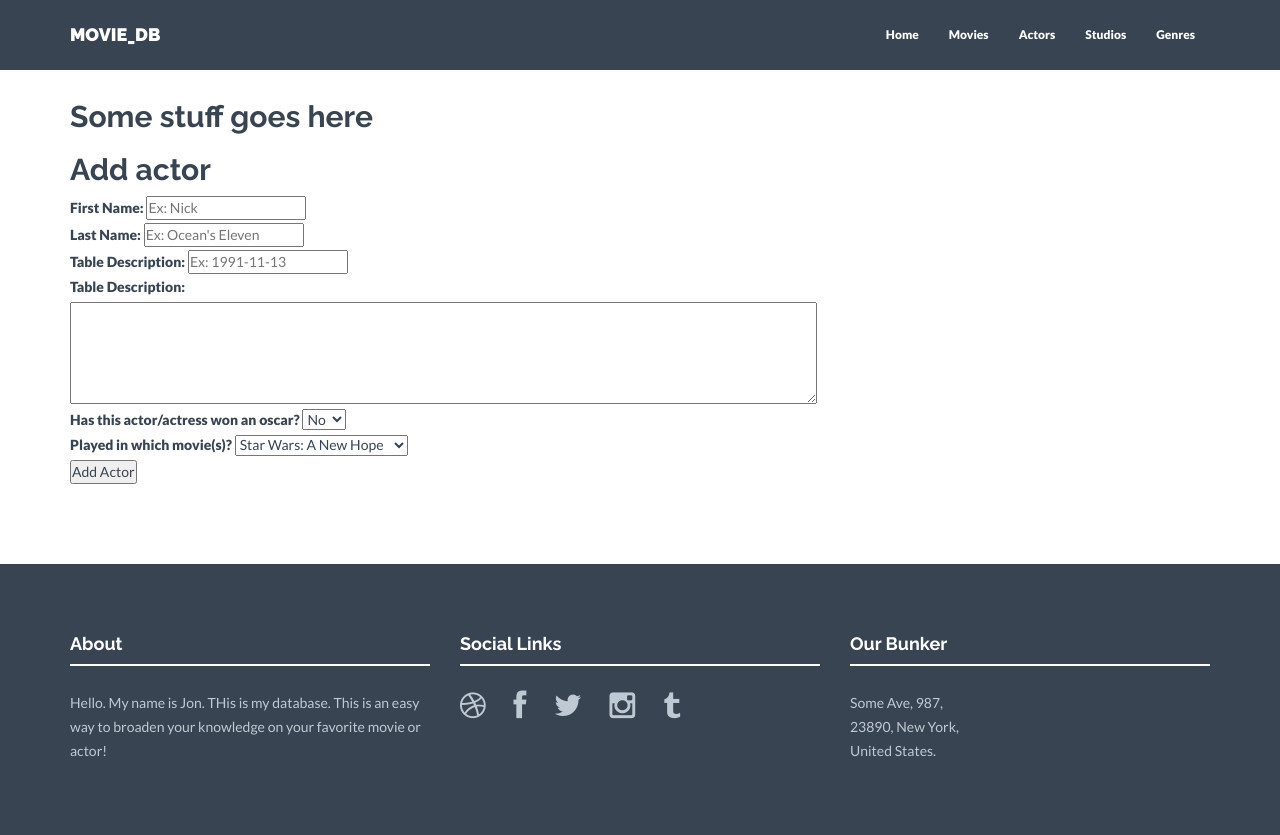
Repository: jonak91/Buzzerd-index
Page: http://localhost/add_actor.php
The author's editor kept a record of every edit. The page is drawn from the files as they stood at one moment, then again after the next edit.
The browser window is 1280 px wide. The pictures show the whole page.
Some web libraries are served in a nearby version. The page is run by PHP 8.4 with error messages shown; the project is at /var/www/html/. The database holds what the project's SQL file puts in it.

Above is the page before.
Not found: assets/js/modernizr.js

### add_actor.php
<?php require_once( 'incl/functions.php' ); ?>
<?php require_once( 'incl/header.php' ); ?>

 <div class="container mtb">
	 	<div class="row">

	 		<?php
			  if(isset($_POST['submit'])){
					add_actor($_POST);
				}
		?>

	 		<! -- MAIN CONTENAT AREA -->
	 		<div class="col-lg-8">
		 			<h2>Some stuff goes here</h2>
						<h2>Add actor</h2>
						<form method="post" name="add_actor">
								<div>
									<label for="first_name">First Name:</label> <input type="text" name="first_name" placeholder="Ex: Nick" />
								</div>
								<div>
									<label for="last_name">Last Name:</label> <input type="text" name="last_name" placeholder="Ex: Ocean's Eleven" />
								</div>
								<div>
									<label for="dob">Table Description:</label> <input type="text" name="dob" placeholder="Ex: 1991-11-13" />
								</div>
								<div>
									<label for="bio">Table Description:</label> <textarea name="bio" rows="5" cols="100"></textarea>
								</div>
								<div>
								<label for="won_oscar"> Has this actor/actress won an oscar?</label>
									<select name="won_oscar">
										<option value="0">No</option>
										<option value="1">Yes</option>
									</select>
							</div>
							<div>
							<label for="movieID"> Played in which movie(s)?</label>
									<select name="movieID">
										<?php
										$movies = get_movies();
										foreach($movies as $movie){ ?>
										<option value="<?php echo $movie['mID']; ?>"><?php echo $movie['title']; ?></option>
										<?php } ?>
									</select>
							</div>
							<input type="submit" name="submit" value="Add Actor" />
						</form>


			</div><! --/ MAIN CONTENT AREA -->
	 	</div><! --/row -->
	 </div><! --/container -->

<?php require_once( 'incl/footer.php' ); ?>

### incl/functions.php
<?php
require_once('database.php');

$host= '127.0.0.1';
$u= 'jonak91';
$p = '';
$d= 'movies';

global $db;
$db= new Database($d, $u, $p, $host);

function get_movies(){
	$db = $GLOBALS['db'];
	$results = $db->query("SELECT * FROM movies"); //updated
	return $db->resToArray($results);
}

function get_actors(){
	$db= $GLOBALS['db'];
	$results = $db->query("SELECT * FROM actors ORDER BY 'first_name'"); //updated
	return $db->resToArray($results);
}

function get_studios(){
	$db= $GLOBALS['db'];
	$results = $db->query("SELECT * FROM studio"); //updated
	return $db->resToArray($results);
}

function get_genres(){
	$db= $GLOBALS['db'];
	$results = $db->query("SELECT * FROM genre"); //updated
	return $db->resToArray($results);
}

function get_movie($mID){
	$db= $GLOBALS['db'];
	$query= "SELECT * FROM movies WHERE mID = '$mID'"; //updated
	return $db->get_row($query);
}

function get_actor($aID){
	$db= $GLOBALS['db'];
	$query= "SELECT * FROM actors WHERE aID = '$aID'"; //updated
	return $db->get_row($query);
}

function get_studio($sID){
	$db= $GLOBALS['db'];
	$query= "SELECT * FROM studio WHERE sID = '$sID'"; //updated
	return $db->get_row($query);
}

function get_genre($gID){
	$db= $GLOBALS['db'];
	$query= "SELECT * FROM genre WHERE gID = '$gID'"; //updated
	return $db->get_row($query);
}

function get_moviesfromstudio($id){  //works
	$db= $GLOBALS['db'];
	$results= $db->query("SELECT * FROM movies JOIN studio ON movies.studioID = studio.sID WHERE studio.sID = '$id'");
	return $db->resToArray($results);
}






















function add_movie($info){
	$db= $GLOBALS['db'];
	extract($info);
	$submitted= $db->query("INSERT INTO movies VALUES('', '$title', '$year_released', '$synopsis', '$was_novel', '$studioID', CURRENT_TIMESTAMP)");

	if($submitted){
		print "<h3>$title submitted!</h3>";
	}
}

function add_actor($info){
	$db= $GLOBALS['db'];
	extract($info);
	$submitted= $db->query("INSERT INTO actors VALUES('', '$first_name', '$last_name', '$dob', '$bio', '$won_oscar', CURRENT_TIMESTAMP)");

	if($submitted){
		print "<h3>$first_name $last_name submitted!</h3>";
	}
}

function add_genre($info){
	$db= $GLOBALS['db'];
	extract($info);
	$submitted= $db->query("INSERT INTO movie_genre VALUES('', '$mgID', '$movieID', '$genreID', CURRENT_TIMESTAMP)");

	if($submitted){
		print "<h3>$title submitted!</h3>";
	}
}

function add_studio($info){
	$db= $GLOBALS['db'];
	extract($info);
	$submitted= $db->query("INSERT INTO studio VALUES('', '$sID', '$name', '$city', '$state', '$zip', CURRENT_TIMESTAMP)");

	if($submitted){
		print "<h3>$title submitted!</h3>";
	}
}

function print_array( $a ) {
?>
  <pre>
  <?php var_dump( $a ); ?>
  </pre>
<?php
}
?>

### incl/database.php
<?php
class Database{
        var $dbName;
        var $user;
        var $password;
        var $host;
        var $lastID;
        var $dbConn;

        //constructor
        function __construct($db, $u, $p, $h){
                $this->dbName= $db;
                $this->user= $u;
                $this->password= $p;
                $this->host= $h;

                //metadata to get entire table list?
        }

        //any query
        function query($query){
                        $this->dbConn= new mysqli($this->host, $this->user, $this->password, $this->dbName);
                        if($this->dbConn->connect_errno > 0){
                                die('Unable to connect to database [' . $dbh->connect_error . ']');
                        }

                        $result= $this->dbConn->query($query) or die('There was an error running the query [' . $this->dbConn->error . ']');
                        $this->lastID= $this->dbConn->insert_id;
                        $this->dbConn->close();

                        return $result;
        }

        function resToArray($res){
                $data= array();
                while($info= mysqli_fetch_assoc($res)){
                        $data[]= $info;
                }

                return $data;
        }

        function get_column($query){

                $res= $this->query($query);

                $data= array();

                while($info= mysqli_fetch_assoc($res)){
                        $key= array_keys($info);
                        $key= $key[0];
                        $data[]= $info[$key];
                }

                return $data;
        }

        function get_row($query){
                $res= $this->query($query);
                $res= $this->resToArray($res);

            return ($res == false) ? $res : $res[0];
        }

        function get_var($query){
                $res= $this->query($query);

                $info= mysqli_fetch_array($res);

                return $info[0];
        }


        function get_mysql_timestamp(){
                return date('Y-m-d H:i:s', time());
        }

        function print_array( $a ) {
        ?>
          <pre>
          <?php var_dump( $a ); ?>
          </pre>
        <?php
        }


        function clean_array($info){
                foreach($info as $key => $val){
                        $info["$key"]= $this->clean($val);
                }

                return $info;
        }


        function clean($a){
                $this->dbConn= new mysqli($this->host, $this->user, $this->password, $this->dbName);
                $a= $this->dbConn->real_escape_string($a);
                $this->dbConn->close();

                return $a;
        }

}


?>

### incl/header.php
<!DOCTYPE html>
<html lang="en">
  <head>
    <meta charset="utf-8">
    <meta http-equiv="X-UA-Compatible" content="IE=edge">
    <meta name="viewport" content="width=device-width, initial-scale=1">
    <meta name="description" content="">
    <meta name="author" content="">
    <link rel="shortcut icon" href="assets/ico/favicon.ico">

    <title>SOLID - Bootstrap 3 Theme</title>

    <!-- Bootstrap core CSS -->
    <link href="assets/css/bootstrap.css" rel="stylesheet">

    <!-- Custom styles for this template -->
    <link href="assets/css/style.css" rel="stylesheet">
    <link href="assets/css/font-awesome.min.css" rel="stylesheet">


    <!-- Just for debugging purposes. Don't actually copy this line! -->
    <!--[if lt IE 9]><script src="../../assets/js/ie8-responsive-file-warning.js"></script><![endif]-->

    <!-- HTML5 shim and Respond.js IE8 support of HTML5 elements and media queries -->
    <!--[if lt IE 9]>
      <script src="https://oss.maxcdn.com/libs/html5shiv/3.7.0/html5shiv.js"></script>
      <script src="https://oss.maxcdn.com/libs/respond.js/1.4.2/respond.min.js"></script>
    <![endif]-->

    <script src="assets/js/modernizr.js"></script>
  </head>

  <body>

    <!-- Fixed navbar -->
    <div class="navbar navbar-default navbar-fixed-top" role="navigation">
      <div class="container">
        <div class="navbar-header">
          <button type="button" class="navbar-toggle" data-toggle="collapse" data-target=".navbar-collapse">
            <span class="sr-only">Toggle navigation</span>
            <span class="icon-bar"></span>
            <span class="icon-bar"></span>
            <span class="icon-bar"></span>
          </button>
          <a class="navbar-brand" href="index.php">MOVIE_DB</a>
        </div>
        <div class="navbar-collapse collapse navbar-right">
          <ul class="nav navbar-nav">
            <li><a href="index.php">Home</a></li>
            <li><a href="movies.php">Movies</a></li>
            <li><a href="actors.php">Actors</a></li>
            <li><a href="studios.php">Studios</a></li>
            <li><a href="genres.php">Genres</a></li>
          </ul>
        </div><!--/.nav-collapse -->
      </div>
    </div>

### incl/footer.php


	<!-- *****************************************************************************************************************
	 FOOTER
	 ***************************************************************************************************************** -->
	 <div id="footerwrap">
	 	<div class="container">
		 	<div class="row">
		 		<div class="col-lg-4">
		 			<h4>About</h4>
		 			<div class="hline-w"></div>
		 			<p>Hello. My name is Jon. THis is my database. This is an easy way to broaden your knowledge on your favorite movie or actor!</p>
		 		</div>
		 		<div class="col-lg-4">
		 			<h4>Social Links</h4>
		 			<div class="hline-w"></div>
		 			<p>
		 				<a href="#"><i class="fa fa-dribbble"></i></a>
		 				<a href="#"><i class="fa fa-facebook"></i></a>
		 				<a href="#"><i class="fa fa-twitter"></i></a>
		 				<a href="#"><i class="fa fa-instagram"></i></a>
		 				<a href="#"><i class="fa fa-tumblr"></i></a>
		 			</p>
		 		</div>
		 		<div class="col-lg-4">
		 			<h4>Our Bunker</h4>
		 			<div class="hline-w"></div>
		 			<p>
		 				Some Ave, 987,<br/>
		 				23890, New York,<br/>
		 				United States.<br/>
		 			</p>
		 		</div>

		 	</div><! --/row -->
	 	</div><! --/container -->
	 </div><! --/footerwrap -->

    <!-- Bootstrap core JavaScript
    ================================================== -->
    <!-- Placed at the end of the document so the pages load faster -->
    <script src="https://ajax.googleapis.com/ajax/libs/jquery/1.11.0/jquery.min.js"></script>
    <script src="assets/js/bootstrap.min.js"></script>
	<script src="assets/js/retina-1.1.0.js"></script>
	<script src="assets/js/jquery.hoverdir.js"></script>
	<script src="assets/js/jquery.hoverex.min.js"></script>
	<script src="assets/js/jquery.prettyPhoto.js"></script>
  	<script src="assets/js/jquery.isotope.min.js"></script>
  	<script src="assets/js/custom.js"></script>


  </body>
</html>

### assets/css/style.css
/*	################################################################

	Author: Carlos Alvarez
	URL: http://alvarez.is

	Project Name: SOLID - Bootstrap 3 Theme
	Version: 1.0
	URL: http://alvarez.is

################################################################# */
@import url(http://fonts.googleapis.com/css?family=Raleway:400,700,900);
@import url(http://fonts.googleapis.com/css?family=Lato:400,900);
@import url("prettyPhoto.css") screen;
@import url("hoverex-all.css") screen;

/*	################################################################
	1. GENERAL STRUCTURES
################################################################# */
	* {
		margin: 0;
		padding: 0px;
	}

body {
	background: #ffffff;
	margin: 0;
	height: 100%;
	color: #384452;
	font-family: 'Lato', sans-serif;
	font-weight: 400;
	}

h1, h2, h3, h4, h5, h6 {
	font-family: 'Raleway', sans-serif;
	font-weight: 700;
}

p {
	padding: 0;
	margin-bottom: 12px;
	font-family: 'Lato', sans-serif;
	font-weight: 400;
	font-size: 14px;
	line-height: 24px;
	color: #384452;
	margin-top: 10px;
}

img {
	height: auto;
	max-width: 100%;
}

a {
	padding: 0;
	margin: 0;
	text-decoration: none;
	-webkit-transition: background-color .4s linear, color .4s linear;
	-moz-transition: background-color .4s linear, color .4s linear;
	-o-transition: background-color .4s linear, color .4s linear;
	-ms-transition: background-color .4s linear, color .4s linear;
	transition: background-color .4s linear, color .4s linear;
}
a:hover,
a:focus {
  text-decoration: none;
  color:#01b2fe;
}

::-moz-selection  {
	color: #fff;
	text-shadow:none;
	background:#2B2E31;
}
::selection {
	color: #fff;
	text-shadow:none;
	background:#2B2E31;
}

.centered {
	text-align: center
}

/*	################################################################
	BOOTSTRAP MODIFICATIONS & TWEAKS
################################################################# */
.navbar {
	min-height: 70px;
	padding-top: 10px;
	margin-bottom: 0px;
}

.navbar-brand {
	font-family: 'Raleway', sans-serif;
	font-weight: 900;
}

.navbar-header .navbar-brand {
	color: white;
}

.navbar-default .navbar-nav > li > a {
	color: white;
	font-weight: 700;
	font-size: 12px;
}

.navbar-default .navbar-nav > li > a:hover {
	color: #00b3fe;
}

.navbar-default .navbar-nav > .active > a, .navbar-default .navbar-nav > .active > a:hover, .navbar-default .navbar-nav > .active > a:focus {
	color: #00b3fe;
	background-color: transparent;
}

.navbar-default {
	background-color: #384452;
	border-color: transparent;
}

.dropdown-menu {
	background: #384452;
}

.dropdown-menu > li > a {
	color: white;
	font-weight: 700;
	font-size: 12px;
}

.btn-theme {
  color: #fff;
  background-color: #384452;
  border-color: #384452;
  margin: 4px;
}
.btn-theme:hover,
.btn-theme:focus,
.btn-theme:active,
.btn-theme.active,
.open .dropdown-toggle.btn-theme {
  color: #fff;
  background-color: #00b3fe;
  border-color: #00b3fe;
}

.dmbutton:hover,
.dmbutton:active,
.dmbutton:focus{
	color: #ffffff;
	background-color: #222222;
	border-color: #ffffff;
}
.dmbutton {
	background:rgba(0, 0, 0, 0);
	border: 1px solid #ffffff;
	color: #ffffff;
	-webkit-border-radius: 2px;
	border-radius: 2px;
	padding-top: 1.025rem;
	padding-right: 2.25rem;
	letter-spacing:0.85px;
	padding-bottom: 1.0875rem;
	padding-left: 2.25rem;
	font-size: 1.55rem;
	cursor: pointer;
	font-weight: normal;
	line-height: normal;
	margin: 0 0 1.25rem;
	text-decoration: none;
	text-align: center;
	display: inline-block;
	-webkit-transition: background-color 300ms ease-out;
	-moz-transition: background-color 300ms ease-out;
	transition: background-color 300ms ease-out;
	-webkit-appearance: none;
	font-weight: normal !important;
}

.mtb {
	margin-top: 80px;
	margin-bottom: 80px;
}

.mb {
	margin-bottom: 60px;
}

.mt {
	margin-top: 60px;
}

.hline {
	border-bottom: 2px solid #384452;
}

.hline-w {
	border-bottom: 2px solid #ffffff;
	margin-bottom: 25px;
}
/*	################################################################
	SITE WRAPS
################################################################# */

#headerwrap {
	background-color: #00b3fe;
	min-height: 550px;
	padding-top: 100px;
	padding-bottom: 0px;
	text-align: center;
}

#headerwrap h3, h5 {
	color: white;
	font-weight: 400;
}

#headerwrap h1 {
	color: white;
	margin-bottom: 25px;
}

#headerwrap .img-responsive {
	margin: 0 auto;
}

/* Services Wrap */
#service {
	margin-top: 100px;
	margin-bottom: 80px;
}

#service i {
	color: #00b3fe;
	font-size: 60px;
	padding: 15px;
}

/* Portfolio Wrap */
#portfoliowrap {
	padding-top: 60px;
	margin-bottom: 60px;
	display: block;
	text-align: center
}

#portfoliowrap h3 {
	margin-bottom: 25px;
}

.portfolio {
	padding:0 !important;
	margin:0 !important;
	display:block;
}


.portfolio-item .title:before {border-radius:0; display:none}
.portfolio-item p {margin:0px 0 30px;}
.portfolio-item h3 {margin:-10px 0 10px; font-size:16px; text-transform:uppercase;}


.tpl6 h3
{
	color:#fff;
	margin:0;
	padding:40px 5px 0;
	font-size:16px;
	text-transform:uppercase;
}
.tpl6 .dmbutton
{
	display:inline-block;
	margin:30px 5px 20px 5px;
	font-size:13px;
}

.tpl6 .bg
{
	height:100%;
	width:100%;
	background-color:#00b3fe;
	background-color:rgba(0,179,254,.9);
	text-align:center;
}

/* Testimonials Wrap */
#twrap {
	background: url(../img/t-back.jpg) no-repeat center top;
	margin-top: 0px;
	padding-top:60px;
	text-align:center;
	background-attachment: relative;
	background-position: center center;
	min-height: 450px;
	width: 100%;

    -webkit-background-size: 100%;
    -moz-background-size: 100%;
    -o-background-size: 100%;
    background-size: 100%;

    -webkit-background-size: cover;
    -moz-background-size: cover;
    -o-background-size: cover;
    background-size: cover;
}

#twrap i {
	font-size: 50px;
	color: white;
	margin-bottom: 25px;
}

#twrap p {
	color: white;
	font-size: 15px;
	line-height: 30px;
}

/* clients logo */
#cwrap {
	background: #f7f7f7;
	margin-top: 0px;
	padding-top: 80px;
	padding-bottom: 100px;
}

#cwrap h3 {
	margin-bottom: 60px;
}

/* Footer */
#footerwrap {
	padding-top: 60px;
	padding-bottom: 60px;
	background: #384452;
}

#footerwrap p {
	color: #bfc9d3;
}

#footerwrap h4 {
	color: white;
}

#footerwrap i {
	font-size: 30px;
	color: #bfc9d3;
	padding-right: 25px;
}

#footerwrap i:hover {
	color: #00b3fe
}

/*	################################################################
	PAGE CONFIGURATIONS
################################################################# */
/* General Tweaks */

#blue {
	background: #00b3fe;
	margin-top: 60px;
	margin-bottom: 60px;
	padding-top: 25px;
	padding-bottom: 25px;
}

#blue h3 {
	color: white;
	margin-left: 15px;
}

.ctitle {
	color: #00b3fe;
	font-weight: 700;
	margin-bottom: 15px;
}

csmall {
	font-size: 12px;
	color: #b3b3b3;
}
csmall2 {
	font-size: 12px;
	color: #f39c12
}

.spacing {
	margin-top: 40px;
	margin-bottom: 40px;
}

.badge-theme {
	background: #00b3fe;
}

/* Contact Page */
#contactwrap {
	background: url(../img/contact.jpg) no-repeat center top;
	margin-top: -60px;
	padding-top:0px;
	text-align:center;
	background-attachment: relative;
	background-position: center center;
	min-height: 400px;
	width: 100%;

    -webkit-background-size: 100%;
    -moz-background-size: 100%;
    -o-background-size: 100%;
    background-size: 100%;

    -webkit-background-size: cover;
    -moz-background-size: cover;
    -o-background-size: cover;
    background-size: cover;
}

/* Blog Page */
.popular-posts {
	margin: 0px;
	padding-left: 0px;
	}

.popular-posts li {
	list-style: none;
	margin-bottom: 20px;
	min-height: 70px;
}
.popular-posts li a,
.popular-posts li a:hover {
	color:#2f2f2f;
	text-decoration: none;
	}

.popular-posts li img {
	float: left;
	margin-right: 20px;
	}

.popular-posts li em {
	font-family: 'Lato', sans-serif;
	font-size: 12px;
	color: #b3b3b3
	}

.popular-posts p {
	line-height: normal;
	margin-bottom: auto;
}

.share i {
	padding-right: 15px;
	font-size: 18px;
}

### job.sql (the tables this page reads)
CREATE TABLE IF NOT EXISTS `movies` (
`mID` mediumint(9) NOT NULL,
  `title` varchar(50) NOT NULL,
  `year_released` year(4) NOT NULL,
  `synopsis` longtext NOT NULL,
  `was_novel` tinyint(4) NOT NULL,
  `studioID` mediumint(9) NOT NULL,
  `timestamp` timestamp NOT NULL DEFAULT CURRENT_TIMESTAMP ON UPDATE CURRENT_TIMESTAMP
) ENGINE=InnoDB AUTO_INCREMENT=5 DEFAULT CHARSET=latin1;

INSERT INTO `movies` (`mID`, `title`, `year_released`, `synopsis`, `was_novel`, `studioID`, `timestamp`) VALUES
(1, 'Star Wars: A New Hope', 1977, 'Hokey religions and ancient weapons are no match for a good blaster at your side, kid. You''re all clear, kid. Let''s blow this thing and go home! I suggest you try it again, Luke. This time, let go your conscious self and act on instinct.', 0, 1, '2014-11-21 13:13:25'),
(2, 'Men Who Stare at Goats', 2009, 'Did you dress her up like this? Who''s that then? I''m not a witch. But you are dressed as oneâ€¦ Well, how''d you become king, then?', 1, 2, '2014-11-21 13:13:25'),
(3, 'Ocean''s Eleven', 2001, 'Ut enim ad minim veniam, quis nostrud exercitation ullamco. Sed ut perspiciatis unde omnis iste natus error sit voluptatem. Cupiditate non provident, similique sunt in culpa qui officia deserunt mollitia. Ut enim ad minima veniam, quis nostrum exercitationem ullam corporis suscipit laboriosam.', 0, 3, '2014-11-21 13:21:49'),
(4, 'Ocean''s Twleve', 2004, 'Eaque ipsa quae ab illo inventore veritatis et quasi. Architecto beatae vitae dicta sunt explicabo. Et iusto odio dignissimos ducimus qui blanditiis praesentium voluptatum deleniti atque. Cupiditate non provident, similique sunt in culpa qui officia deserunt mollitia. Fugiat quo voluptas nulla pariatur? Nihil molestiae consequatur, vel illum qui dolorem eum.', 0, 3, '2014-11-21 13:21:49');

ALTER TABLE `movies`
 ADD PRIMARY KEY (`mID`);

ALTER TABLE `movies`
MODIFY `mID` mediumint(9) NOT NULL AUTO_INCREMENT,AUTO_INCREMENT=5;

Loaded but not shown: assets/css/bootstrap.css (library); assets/css/font-awesome.min.css (library); assets/js/bootstrap.min.js (library); assets/js/jquery.hoverdir.js (library); assets/js/jquery.hoverex.min.js (library); assets/js/jquery.prettyPhoto.js (library); assets/js/jquery.isotope.min.js (library); assets/js/custom.js (common file); assets/js/retina-1.1.0.js (151 lines, source omitted); assets/css/hoverex-all.css (2838 lines, source omitted); assets/css/prettyPhoto.css (170 lines, source omitted)

After the next edit:
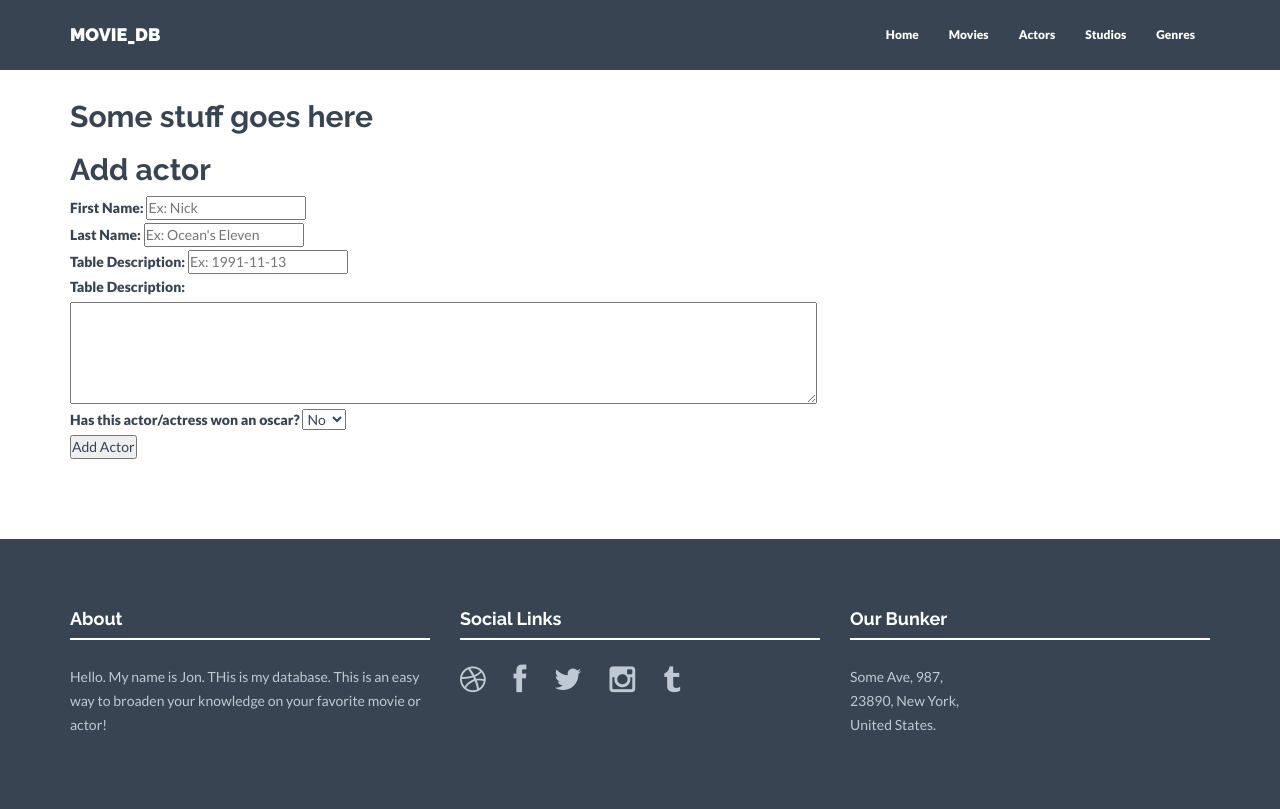
The edit:
--- a/add_actor.php
+++ b/add_actor.php
@@ -34,16 +34,6 @@
 										<option value="1">Yes</option>
 									</select>
 							</div>
-							<div>
-							<label for="movieID"> Played in which movie(s)?</label>
-									<select name="movieID">
-										<?php
-										$movies = get_movies();
-										foreach($movies as $movie){ ?>
-										<option value="<?php echo $movie['mID']; ?>"><?php echo $movie['title']; ?></option>
-										<?php } ?>
-									</select>
-							</div>
 							<input type="submit" name="submit" value="Add Actor" />
 						</form>
 
